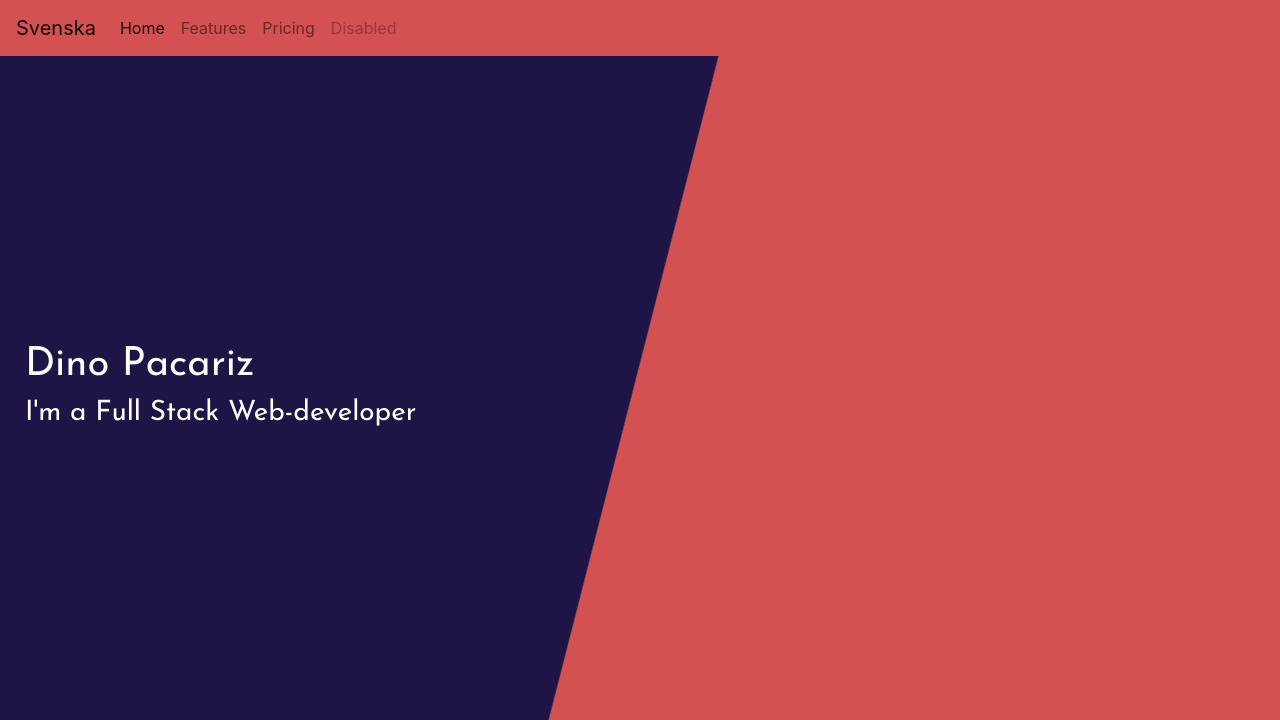
Repository: ImDino/Portfolio
Page: index.html
The author's editor kept a copy of each file at every save. The page is drawn from the files as they stood at one save, then again after the next save.
The browser window is 1280 px wide. The pictures show the whole page.
Some web libraries are served in a nearby version. The style sheet was rebuilt from its Sass, Less or Tailwind sources for each picture, by a compiler version that may differ from the author's.

Above is the page before, as saved 2020-11-04 00:33:51.

After the next save:
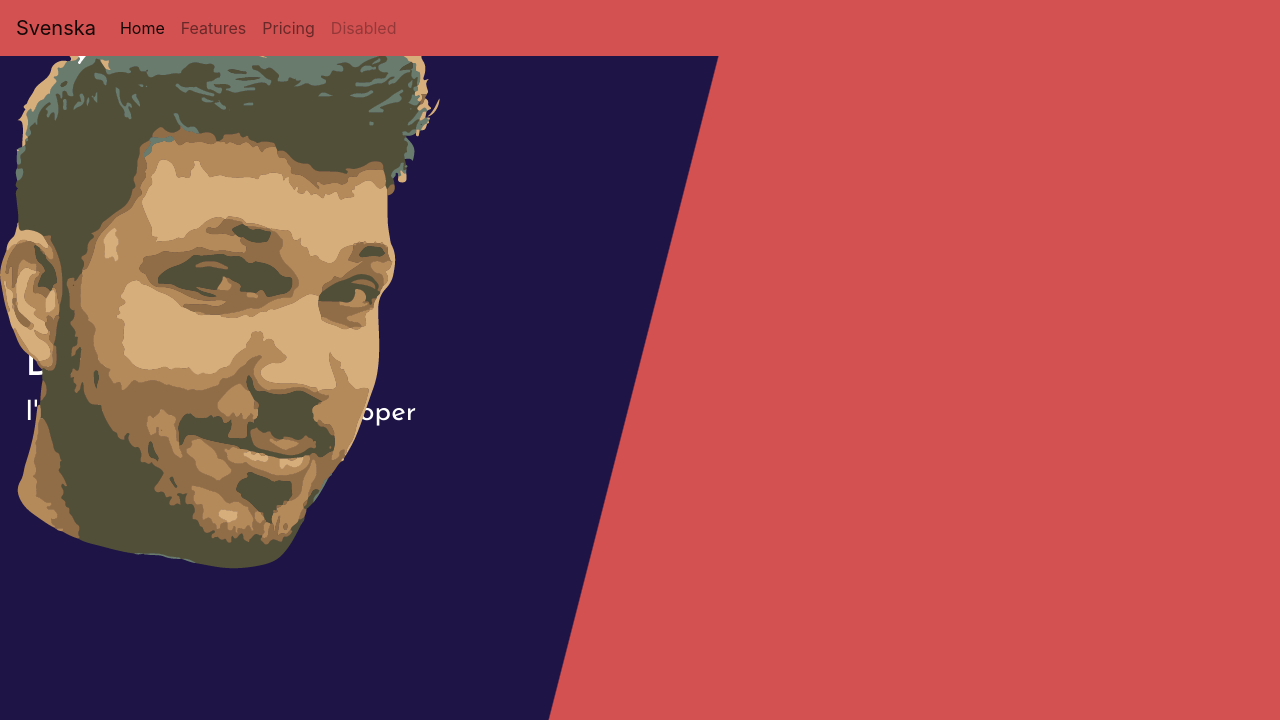
Saved 5 s later.
--- a/scss/main.scss
+++ b/scss/main.scss
@@ -42,7 +42,7 @@
     right: 0;
     display: grid;
     background: url('/img/vectorFace.png') no-repeat;
-    z-index: -2;
+    z-index: -1;
 
     img {
         mix-blend-mode: darken;

After the 2 saves that followed:
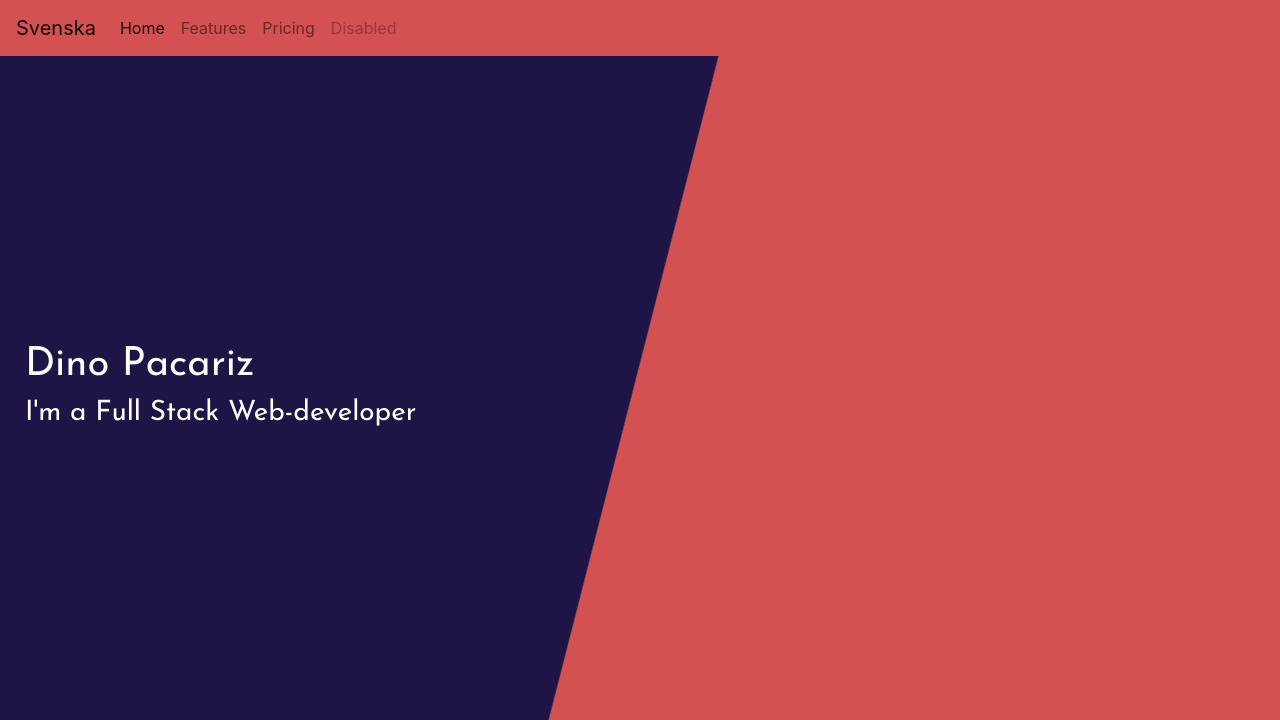
The 2 saves are shown as one change because they came seconds apart.
The last was saved 7 s later.
--- a/scss/main.scss
+++ b/scss/main.scss
@@ -42,7 +42,7 @@
     right: 0;
     display: grid;
     background: url('/img/vectorFace.png') no-repeat;
-    z-index: -1;
+    z-index: -2;
 
     img {
         mix-blend-mode: darken;
